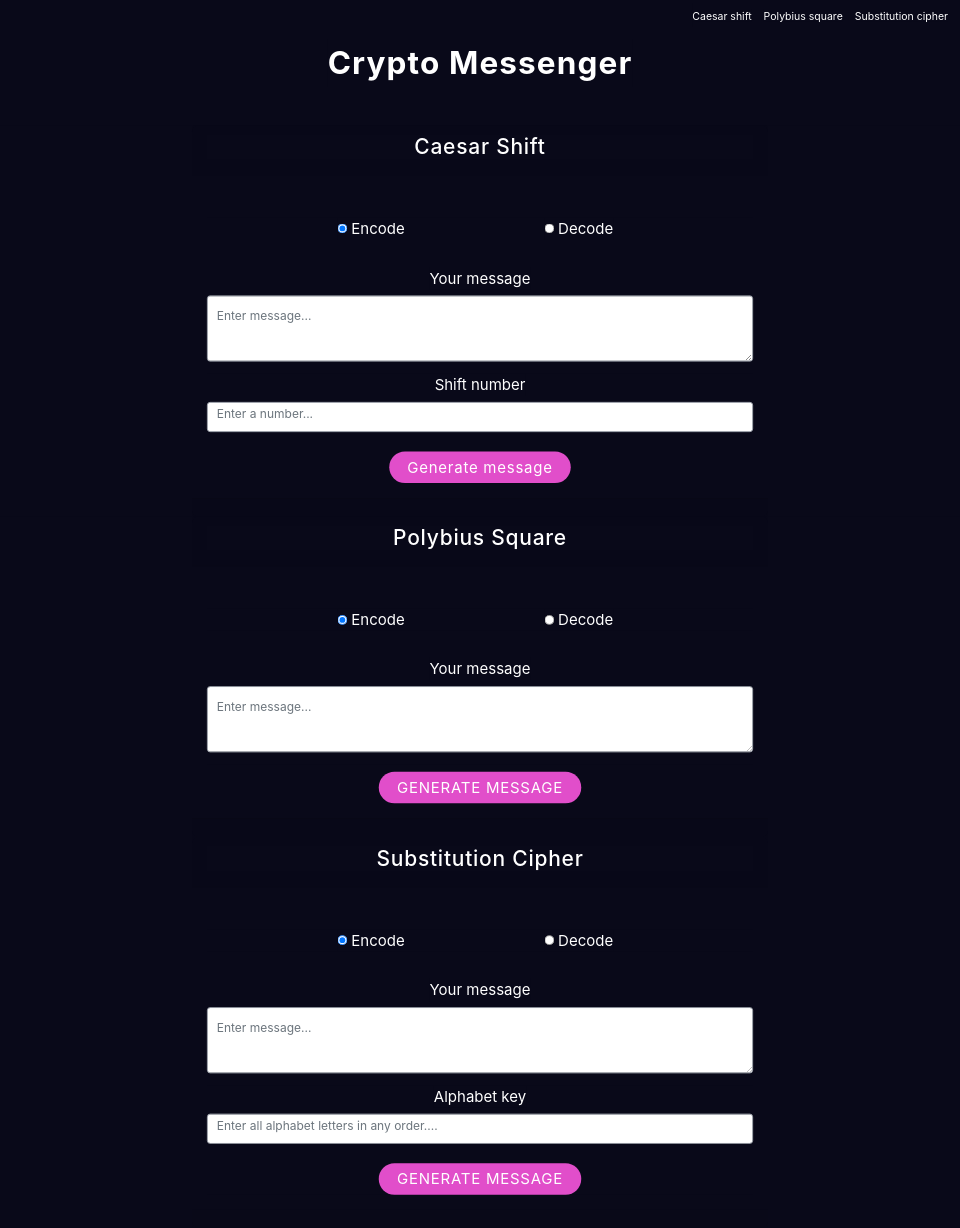
Repository: Rthompson2548/Project-Decoder-Ring
Page: index.html
The author's editor kept a copy of each file at every save. The page is drawn from the files as they stood at one save, then again after a run of saves.
The browser window is 1280 px wide. The pictures show the whole page, at 75% of full size.

Above is the page before, as saved 2022-04-09 20:29:35.

### index.html
<!DOCTYPE html>
<html lang="en">

<head>
  <!-- Required meta tags -->
  <meta charset="utf-8" />
  <meta name="viewport" content="width=device-width, initial-scale=1, shrink-to-fit=no" />
  <link rel="icon" href="images/favicon.ico" />
  <link rel="stylesheet" type="text/css" href="index.css" />
  <link rel="stylesheet" href="https://stackpath.bootstrapcdn.com/bootstrap/4.5.2/css/bootstrap.min.css"
    integrity="sha384-JcKb8q3iqJ61gNV9KGb8thSsNjpSL0n8PARn9HuZOnIxN0hoP+VmmDGMN5t9UJ0Z" crossorigin="anonymous" />
<link rel="preconnect" href="https://fonts.googleapis.com">
<link rel="preconnect" href="https://fonts.gstatic.com" crossorigin>
<link href="https://fonts.googleapis.com/css2?family=Archivo&family=Montserrat&family=Work+Sans&display=swap"
  rel="stylesheet">
  <title>Crypto-Messenger</title>
</head>

<body>
  <header class="container-fluid border-0">
    <div class="nav-bar fixed-top">
      <div class="nav-bar">
        <a href="#caesar-shift"> <span class="nav-bar-item">
            Caesar shift
          </span> </a>
          <a href="#polybius-square"> <span class="nav-bar-item">
            Polybius square
          </span> </a>
          <a href="#substitution-cipher"> <span class="nav-bar-item">
            Substitution cipher
          </span> </a>
      </div>
    </div>
  </header>
  <main>
    <div class="header">
      <span class="page-title">
        Crypto Messenger
      </span>
      <!-- <p>Use ciphers to encode & decode messages</p> -->
      </div>

    <div class="page-content">
      <!-- Caesar Shift -->
      <section>
        <div class="language-card" id="caesar-shift">
          <div class="card-header">
            <h2 class="language-card-title">Caesar Shift</h2>
            </div>
            <div class="card-body">

            <form id="caesar">
<!-- encode/decode radio option buttons -->
              <div class="encode-decode-options">
                <!-- encode option radio button -->
                <div class="form-check form-check-inline">
                  <input class="form-check-input" type="radio" name="caesar-options" id="caesar-options-encode" value="encode" checked />

                  <label class="form-check-label" for="caesar-options-encode">
                    Encode
                  </label>

                </div>
<!-- decode option radio button -->
                <div class="form-check form-check-inline">
                  <input class="form-check-input" type="radio" name="caesar-options" id="caesar-options-decode" value="decode" />

                  <label class="form-check-label" for="caesar-options-decode">
                    Decode
                  </label>

                </div>
              </div>

              <div class="form-group">
                <label for="caesar-input">Your message</label>
                <textarea class="form-control" id="caesar-input" rows="2" placeholder="Enter message..."></textarea>
                </div>
                <div class="form-group">
                  <label for="caesar-shift">Shift number</label>
                  <input type="number" class="form-control" id="caesar-shift" placeholder="Enter a number..." />
                </div>
              <div class="submit-button-container">
                <button class="submit-button" type="submit">Generate message</button>
              </div>
            </form>
            </div>
          <div id="caesar-alert" class="alert alert-danger d-none" role="alert"> Something went wrong! Check your input
            and the shift amount and try again. </div>
          <div class="card-footer"><span class="font-weight-bold" id="caesar-output"></span> </div>
          </div>
          </section>
      <!-- Polybius -->
      <section>
        <div class="language-card" id="polybius-square">
          <div class="card-header">
            <h2 class="language-card-title">Polybius Square</h2>
            </div>
            <div class="card-body">
            <!-- <p class="language-card-description"> The Polybius Square is a cipher that is achieved by arranging a
              typical alphabet into a grid. Each letter is represented through a coordinate. For example, in the above
              table, the letter "B" would be represented by the numerical pair "21". </p> -->
            <form id="polybius">
              <div class="encode-decode-options">
                <div class="form-check form-check-inline">
                  <input class="form-check-input" type="radio" name="polybius-options" id="polybius-options-encode" value="encode"
                    checked />
                  <label class="form-check-label" for="polybius-options-encode">Encode</label>
                </div>
                <div class="form-check form-check-inline">
                  <input class="form-check-input" type="radio" name="polybius-options" id="polybius-options-decode" value="decode" />
                  <label class="form-check-label" for="polybius-options-decode">Decode</label>
                </div>
              </div>
              <div class="form-group">
                <label for="polybius-input">Your message</label>
                <textarea class="form-control" id="polybius-input" rows="2" placeholder="Enter message..."></textarea>
                </div>
              <div class="submit-button-container">
                <button class="submit-button" type="submit">GENERATE MESSAGE</button>
              </div>
            </form>
            </div>
          <div id="polybius-alert" class="alert alert-danger d-none" role="alert"> Something went wrong! Check your
            input and try again. </div>
          <div class="card-footer"><span class="font-weight-bold" id="polybius-output"></span> </div>
          </div>
          </section>
      <!-- Substitution -->
      <section id="substitution-cipher">
        <div class="language-card">
          <div class="card-header">
            <h2 class="language-card-title">Substitution Cipher</h2>
            </div>
            <div class="card-body">

            <form id="substitution">
              <div class="encode-decode-options">
                <div class="form-check form-check-inline">
                  <input class="form-check-input" type="radio" name="substitution-options" id="substitution-options-encode"
                    value="encode" checked />
                  <label class="form-check-label" for="substitution-options-encode">Encode</label>
                </div>
                <div class="form-check form-check-inline">
                  <input class="form-check-input" type="radio" name="substitution-options" id="substitution-options-decode"
                    value="decode" />
                  <label class="form-check-label" for="substitution-options-decode">Decode</label>
                </div>
              </div>
              <div class="form-group">
                <label for="substitution-input">Your message</label>
                <textarea class="form-control" id="substitution-input" rows="2" placeholder="Enter message..."></textarea>
                </div>
                <div class="form-group">
                  <label for="substitution-alphabet">Alphabet key</label>
                  <input type="text" class="form-control" id="substitution-alphabet" maxlength="26"
                    placeholder="Enter all alphabet letters in any order...." />
                </div>
              <div class="submit-button-container">
                <button class="submit-button" type="submit">GENERATE MESSAGE</button>
              </div>
            </form>
            </div>
          <div id="substitution-alert" class="alert alert-danger rounded-0 d-none" role="alert"> Something went wrong!
            Check your input and alphabet key. </div>
          <div class="card-footer border-0"><span class="font-weight-bold" id="substitution-output"></span> </div>
          </div>
          </section>
    </div>

  </main>
  <script src="./scripts/setup.js"></script>
  <script src="./src/caesar.js"></script>
  <script src="./src/polybius.js"></script>
  <script src="./src/substitution.js"></script>
  <script src="./scripts/caesar.js"></script>
  <script src="./scripts/polybius.js"></script>
  <script src="./scripts/substitution.js"></script>
</body>

</html>

### index.css
* {
  background-color: rgb(9 9 25);
  color: #fff;
  margin: 0;
  padding: 0;
}

html, body, #page {
    margin:0;
    padding:0;
    font-family: 'Montserrat', sans-serif;
}

input, textarea {
  font-size: 16px !important;
  border-radius: 15px;
  padding: 14px 24px 24px 12px !important;
}

.page-content {
  align-items: center;
}

.page-title {
  color: #fff;
  font-size: 42px;
  font-weight: bold;
  display: flex;
  letter-spacing: 1.5px;
  justify-content: center;
  margin: 52px 0;
}

.nav-bar {
  display: flex;
  justify-content: center;
  padding: 4px 0;
}

.nav-bar-item {
  font-size: 14px;
  margin-right: 16px;
}

.header {
  display: flex;
  justify-content: center;
}

.encode-decode-options {
  display: flex;
  justify-content: space-evenly;
  margin: 36px 0;
  font-size: 15px;
}

section {
  text-align: center;
}

label {
  font-size: 20px;
}

.language-card {
  display: inline-block;
  width: 60%;
  color: #000;
  border: none;
  border-radius: 8px;
}

.language-card-title {
  font-size: 28px !important;
  letter-spacing: 1px;
  font-weight: light !important;
}

.language-card-description {
  line-height: 1.5rem;
  letter-spacing: 0.5px;
  margin-bottom: 18px;
}

.submit-button-container {
  display: flex;
  justify-content: center;
}

.submit-button {
  background-color: rgb(225 78 202);
  border: none;
  color: #fff;
  border-radius: 25px;
  padding: 6px 24px;
  margin-top: 10px;
  font-size: 20px;
  letter-spacing: 1px;
}

@media (min-width: 1000px) {

  .nav-bar {
    justify-content: end;
  }

  .language-card-title {
    font-size: 16px;
  }

  .language-card-description {
    font-size: 12px;
  }


}

### src/caesar.js
const caesarModule = (function() {
    function caesar(input, shift, encode = true) {
        if (!shift || shift === 0 || shift < -25 || shift > 25) return false;
        /* create a variable that takes the input value and converts it to lower case letters so that all characters have the correct ascii values */
        let word = input.toLowerCase().split("");

        /** will subtract the shift value from the word if "decode" to return the original letters of the word */
        if (!encode) shift = 0 - shift;
        // create a variable that maps each letter of the word
        const message = word.map((letter) => {
            let asciiValue = letter.charCodeAt(0) - 97;
            if (asciiValue < 0 || asciiValue > 26) return letter;

            /* add the ascii code value of the letter to the
            shift argument value to convert  it to the right
            character */
            asciiValue += shift;

            /* if the character's value is less than the 'a' value,
            add 26 to it so that it wraps around the alphabet. */
            if (asciiValue < 0) asciiValue += 26;
            asciiValue = asciiValue % 26;

            /* why do we add the ascii value to 97, which is 'a', if
            we already added it's ascii value to shift? Isn't that how
            we encode the message? */

            asciiValue += 97;

            /* user String.fromCharCode to connect the ascii
            code message back to letter values */
            return String.fromCharCode(asciiValue);
        });

        /* join each new character together to create a full word */
        return message.join("");
    }


    return {
        caesar,
    };
})();

module.exports = {
    caesar: caesarModule.caesar
};

### src/polybius.js
const polybiusModule = (function() {
    function polybius(input, encode = true) {
        /* create a variable that takes the input message, converts it all to lowercase, and use split to return an array of each letter separated by a single comma */
        const split = input.toLowerCase().split("");
        /* create an array of every letter(s) in the polybius square. This array will be separated into multiple inner arrays of letters within the array according to their row */
        const polybiusSquare = [
            ["a", "b", "c", "d", "e"],
            ["f", "g", "h", "(i/j)", "k"],
            ["l", "m", "n", "o", "p"],
            ["q", "r", "s", "t", "u"],
            ["v", "w", "x", "y", "z"],
        ];
        /* create an if statement for what to do if the inputted message should be encoded */
        if (encode) {
            /* create a variable that uses map method on the lowercase message */
            const codedMessage = split.map((letter) => {
                /* create a variable that takes each character from the inputted message array and converts it into it's unicode value. */
                const asciiLetterValue = letter.charCodeAt(0);
                /* use an if statement to return only characters between
                   lowercase 'a' and 'z' ascii values, as well as checking that
                   the character is not a space  */
                if ((asciiLetterValue < 97 || asciiLetterValue > 122) && asciiLetterValue != 32) return;
                /* run a for loop through the polybius square array */
                for (let i = 0; i < polybiusSquare.length; i++) {
                    /* run a for loop within that for loop through each inner array */
                    for (let j = 0; j < polybiusSquare[i].length; j++) {
                        if (polybiusSquare[i][j] === letter) return `${j + 1}${i + 1}`;
                        if (letter === "i" || letter === "j") return "42";
                        if (letter === " ") return " ";
                    }
                }
            });
            /* return the variable that split and lower case'd the original message argument */
            return codedMessage.join("");
        }

        /* decode */

        /* set a variable as an empty string to hold decoded message */
        let codedMessage = "";
        /* run a for loop through the message array, but increment i by 2, because each encoded character amounts to 2 number values */
        for (let i = 0; i < split.length; i += 2) {
            /* create an if statement that checks if the value in the message is a space */
            if (split[i] === " ") {
                /* if the value is true, then add a space string to the decoded message string */
                codedMessage += " ";
                /* switch incrementor to go back one "a" value in order to not include the next number in the string */
                i--;
                /* run a continue statement, which will terminate the i-1 incrementor and return back to a+=2 for the next numbers in the string*/
                continue;
            }
            if (!split[i + 1]) return false; // invalid number of characters
            codedMessage += polybiusSquare[split[i + 1] - 1][split[i] - 1];
        }
        // return the coded message

        return codedMessage;
    }

    return {
        polybius,
    };
})();

module.exports = {
    polybius: polybiusModule.polybius
};

### src/substitution.js
const substitutionModule = (function () {
/* helper function for message and both alphabet strings */
    function mapInput(message, alphabetA, alphabetB) {

        /* use the map method on the input message */
        return message.map((letter) => {
            const index = alphabetA.indexOf(letter);
            /* if statement that returns any characters that
             were not found in the string */
            if (index === -1) return letter;
            return alphabetB[index];
        });
    }

  function substitution(input, alphabet, encode = true) {
        if (!alphabet || alphabet.length != 26) return false;

        /* variable that takes the correct alphabet
        string and returns an array of the letters, separated by a comma */
        const abc = "abcdefghijklmnopqrstuvwxyz".split("");

        /* variable that takes the alphabet argument and
        returns it in lower case, separated by commas */
        const splitAlphabet = alphabet.toLowerCase().split("");

        /* variable that takes the message argument,
        and returns it converted to lower case and separated
        by commas */
        const message = input.toLowerCase().split("");

        /* use a nested for loop to compare the characters
          in the alphabet argument to check for uniqueness */
        for (let i = 0; i < splitAlphabet.length; i++) {
            for (let j = i + 1; j < splitAlphabet.length; j++) {
                if (splitAlphabet[i] === splitAlphabet[j]) return false;
            }
        }

        if (encode) return mapInput(message, abc, splitAlphabet).join("");
        return mapInput(message, splitAlphabet, abc).join("");
}

  return {
    substitution,
  };
})();

module.exports = { substitution: substitutionModule.substitution };

### scripts/caesar.js
function caesarRenderer() {

  const form = document.querySelector("#caesar");

  form.addEventListener("submit", (event) => {
    event.preventDefault();

    /** grabs input value via the textarea's id */
    const input = event.target["caesar-input"].value;

    /** direction will be either "encode" or "decode" */
    const direction = event.target["caesar-options"].value;

    /** grabs the value of the shift number input (aka the number to shift the message by) */
    const shift = event.target["caesar-shift"].value;

    /** sets the value of the shift in integer form */
    const result =
      direction === "encode"
        ? caesarModule.caesar(input, Number(shift))
        : caesarModule.caesar(input, Number(shift), false);

    const alert = document.querySelector("#caesar-alert");

    if (result) {
      alert.classList.add("d-none");
      const output = document.querySelector("#caesar-output");
      output.innerHTML = result;
    } else {
      alert.classList.remove("d-none");
    }
  });
}

document.addEventListener("DOMContentLoaded", caesarRenderer);

### scripts/polybius.js
function polybiusRenderer() {
  const form = document.querySelector("#polybius");
  form.addEventListener("submit", (event) => {
    event.preventDefault();

    const input = event.target["polybius-input"].value;
    const direction = event.target["polybius-options"].value;
    const result =
      direction === "encode"
        ? polybiusModule.polybius(input)
        : polybiusModule.polybius(input, false);

    const alert = document.querySelector("#polybius-alert");
    if (result) {
      alert.classList.add("d-none");
      const output = document.querySelector("#polybius-output");
      output.innerHTML = result;
    } else {
      alert.classList.remove("d-none");
    }
  });
}

document.addEventListener("DOMContentLoaded", polybiusRenderer);

### scripts/substitution.js
function substitutionRenderer() {
  const form = document.querySelector("#substitution");
  form.addEventListener("submit", (event) => {
    event.preventDefault();

    const input = event.target["substitution-input"].value;
    const direction = event.target["substitution-options"].value;
    const alphabet = event.target["substitution-alphabet"].value;
    const result =
      direction === "encode"
        ? substitutionModule.substitution(input, alphabet)
        : substitutionModule.substitution(input, alphabet, false);

    const alert = document.querySelector("#substitution-alert");
    if (result) {
      alert.classList.add("d-none");
      const output = document.querySelector("#substitution-output");
      output.innerHTML = result;
    } else {
      alert.classList.remove("d-none");
    }
  });
}

document.addEventListener("DOMContentLoaded", substitutionRenderer);

Loaded but not shown: scripts/setup.js (common file)

After the next 3 saves:
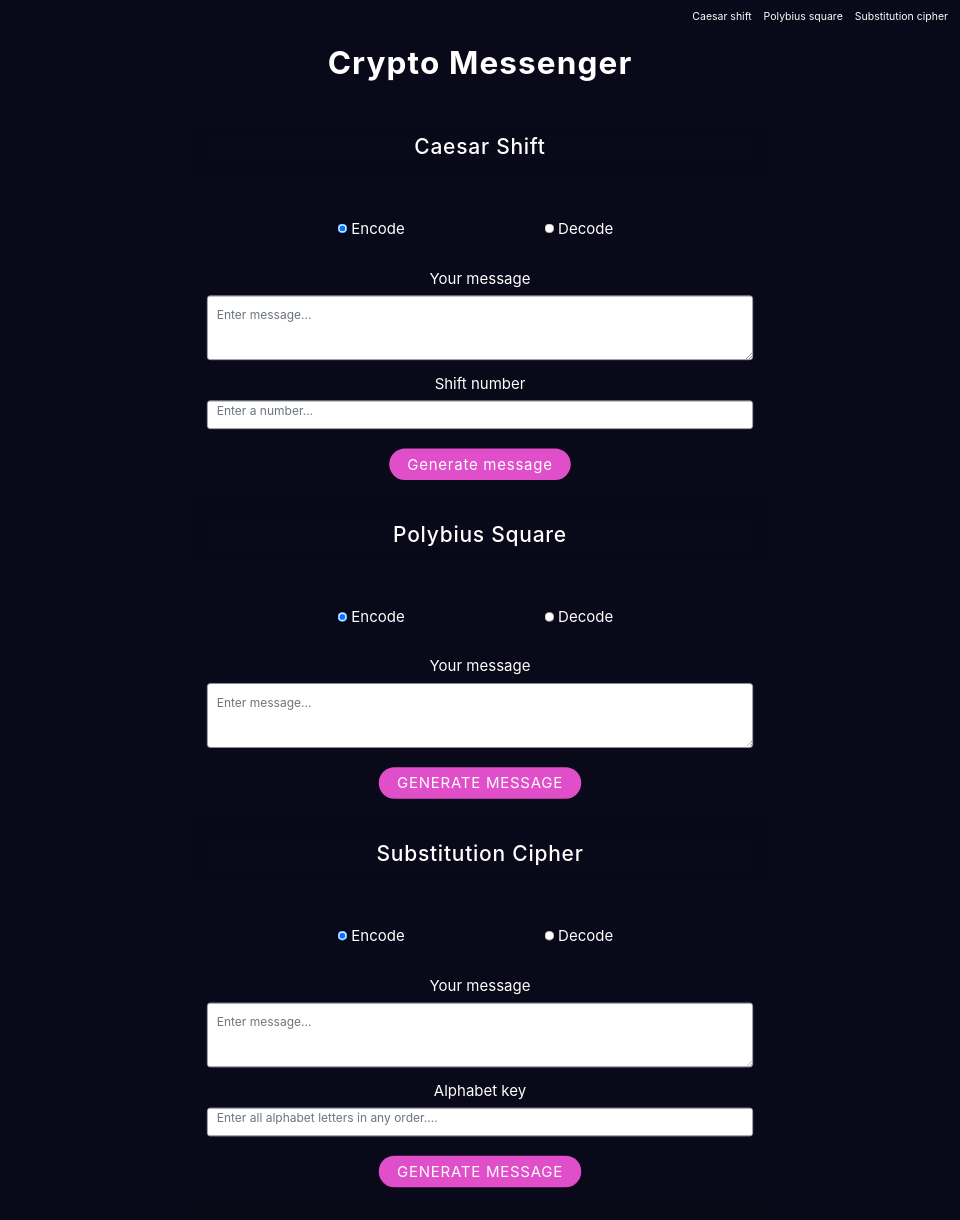
The 3 saves are shown as one change because they came seconds apart.
The last was saved 12 s later.
--- a/index.css
+++ b/index.css
@@ -13,8 +13,8 @@ html, body, #page {
 
 input, textarea {
   font-size: 16px !important;
-  border-radius: 15px;
-  padding: 14px 24px 24px 12px !important;
+  border-radius: 20px;
+  padding: 12px 24px 24px 12px !important;
 }
 
 .page-content {
